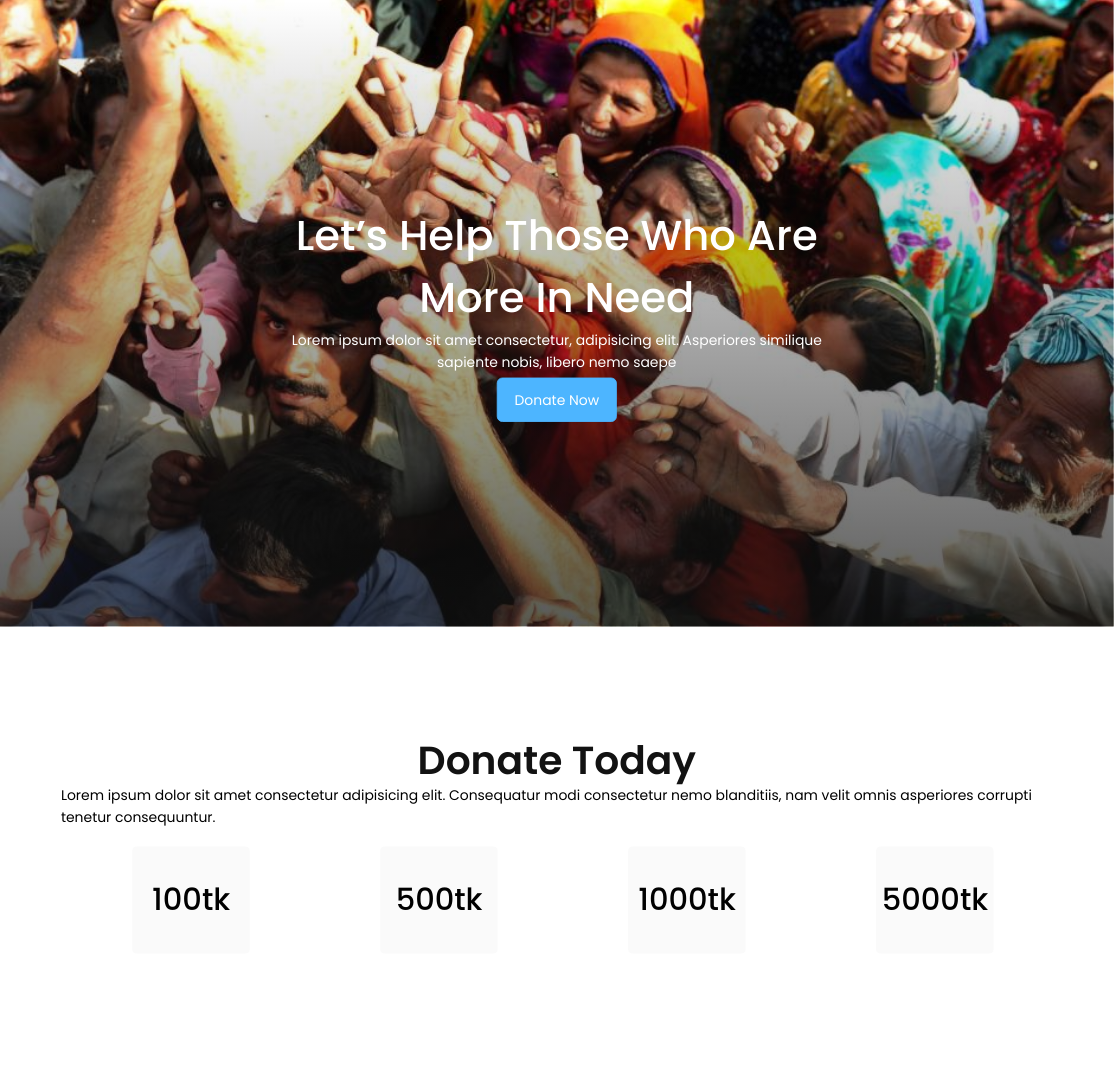
Repository: mdrubel02/donate-website
Page: index.html
These files come from the project's save history. The page is drawn as it stood at one moment and after the next save; the edit follows.
The browser window is 1280 px wide. The pictures show the whole page, at 87% of full size.

Above is the page before, as saved 2022-07-06 13:26:45.

After the next save:
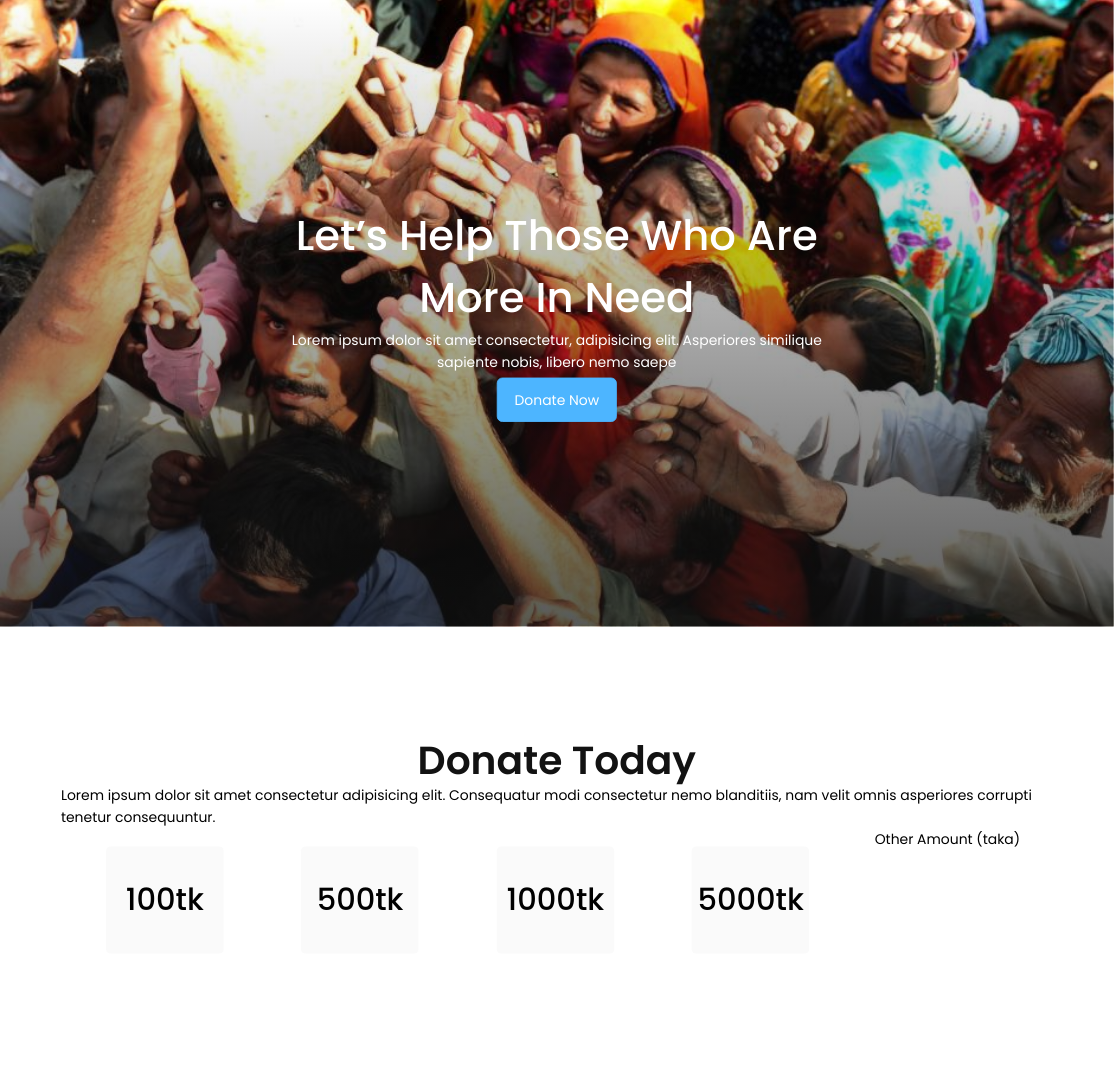
Saved 3 min 7 s later.
--- a/index.html
+++ b/index.html
@@ -34,6 +34,7 @@
                 <div class="donate-content">
                     <h3>5000<span>tk</span> </h3>
                 </div>
+                <p>Other Amount <span>(taka)</span></p>
             </div>
     </section>
 </body>
